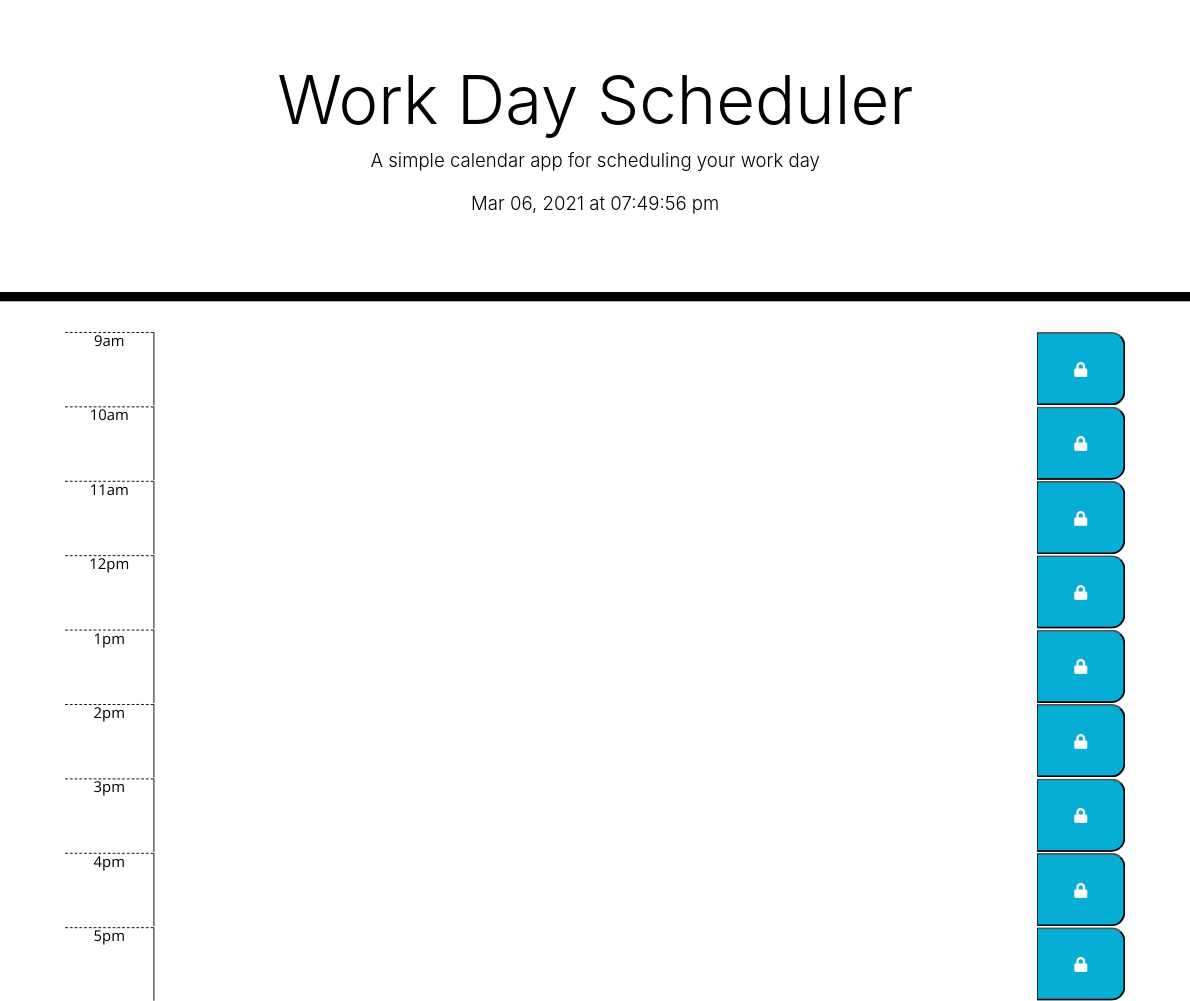
Repository: ziffoit/Work-Day_Scheduler
Page: Develop/index.html
An editor plug-in stored every save of this project. The page is shown before and after the next save, followed by the edit.
The browser window is 1280 px wide. The pictures show the whole page, at 93% of full size.
Some web libraries are served in a nearby version.

Above is the page before, as saved 2021-03-17 20:22:51.

After the next save:
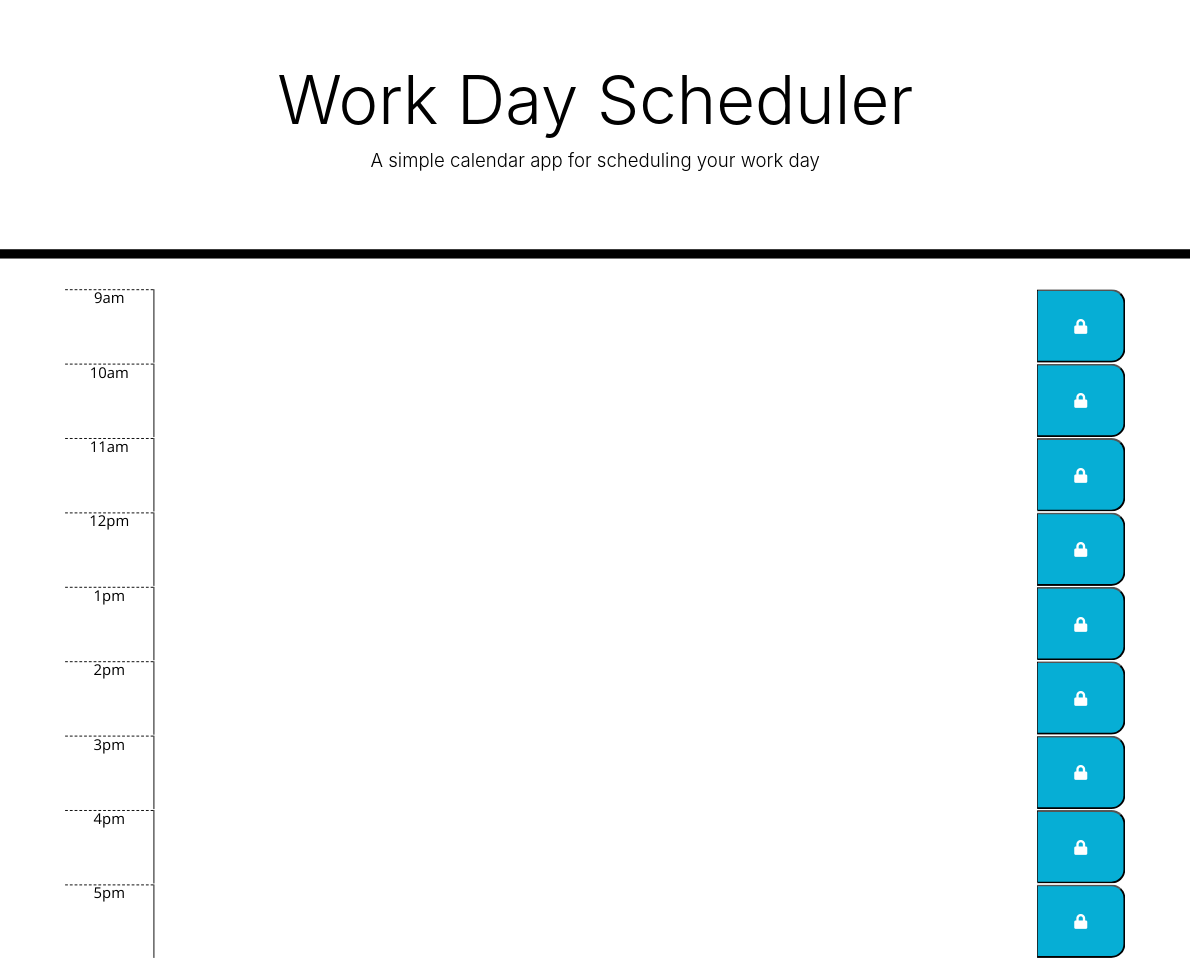
Console error: TypeError: currentDay.text is not a function
Saved 26 min 24 s later.
--- a/Develop/script.js
+++ b/Develop/script.js
@@ -1,6 +1,6 @@
 var schedule = $('.description')
-var currentDay = $('#currentDay')
 var saveBtn = $('.saveBtn')
+var timeBlock = $('.time-block')
 
 
 function dateAndTime() {
@@ -10,6 +10,16 @@
 
 setInterval(dateAndTime, 1000)
 
+function savedSchedule() {
+    $('.time-block').each(function() {
+        var id = $(this).attr('id')
+        var task = localStorage.getItem(id)
+        if (task != 'null') {
+            $(this).find(schedule).val(task)
+        }
+    })
+}
+
 saveBtn.on('click', function() {
     var hour = $(this).parent().attr('id')
     var task = $(this).siblings('.description').val()

After the save that followed:
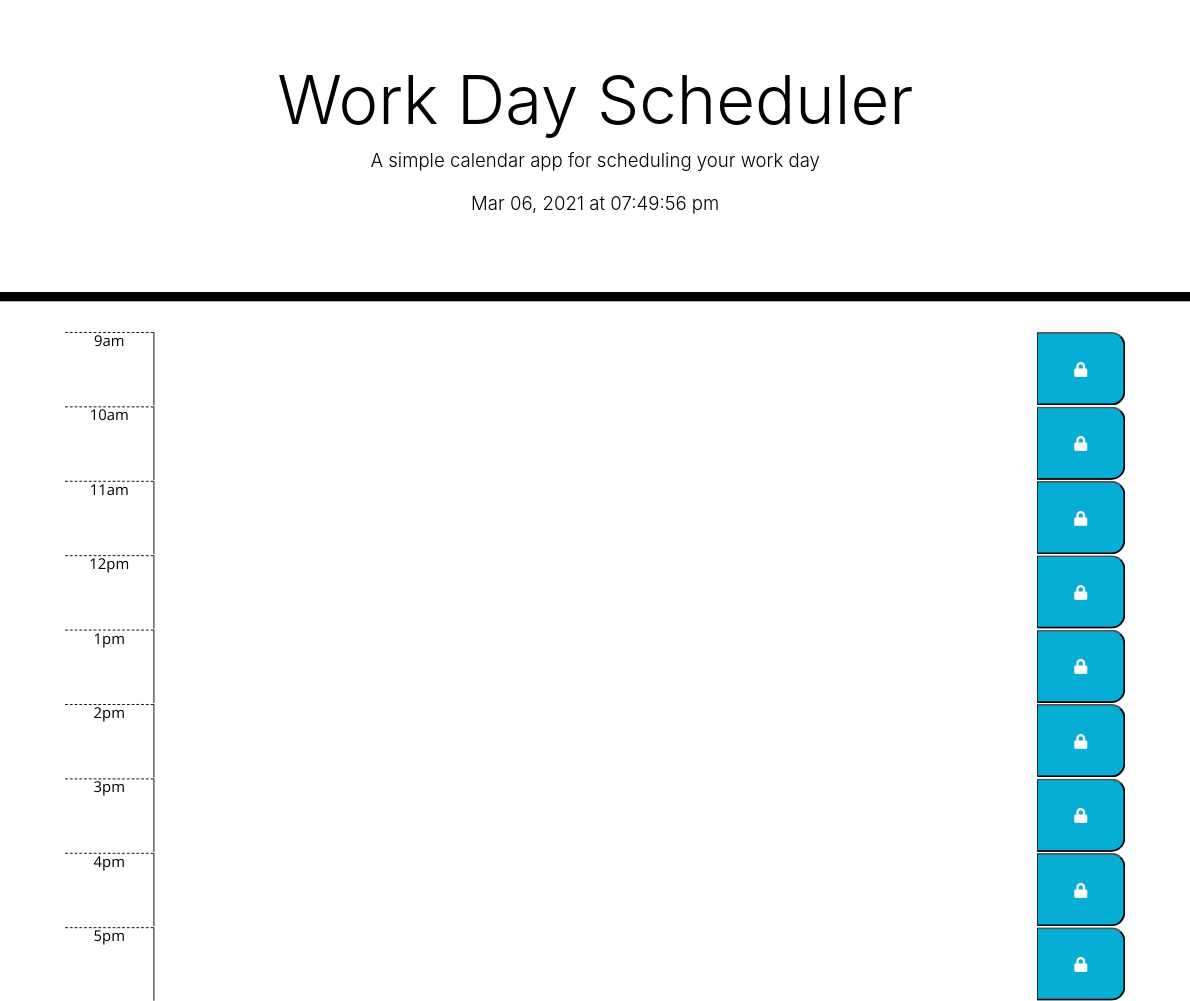
The error is gone.
Saved 102 s later.
--- a/Develop/script.js
+++ b/Develop/script.js
@@ -1,6 +1,7 @@
 var schedule = $('.description')
 var saveBtn = $('.saveBtn')
 var timeBlock = $('.time-block')
+var currentDay = $('#currentDay')
 
 
 function dateAndTime() {
